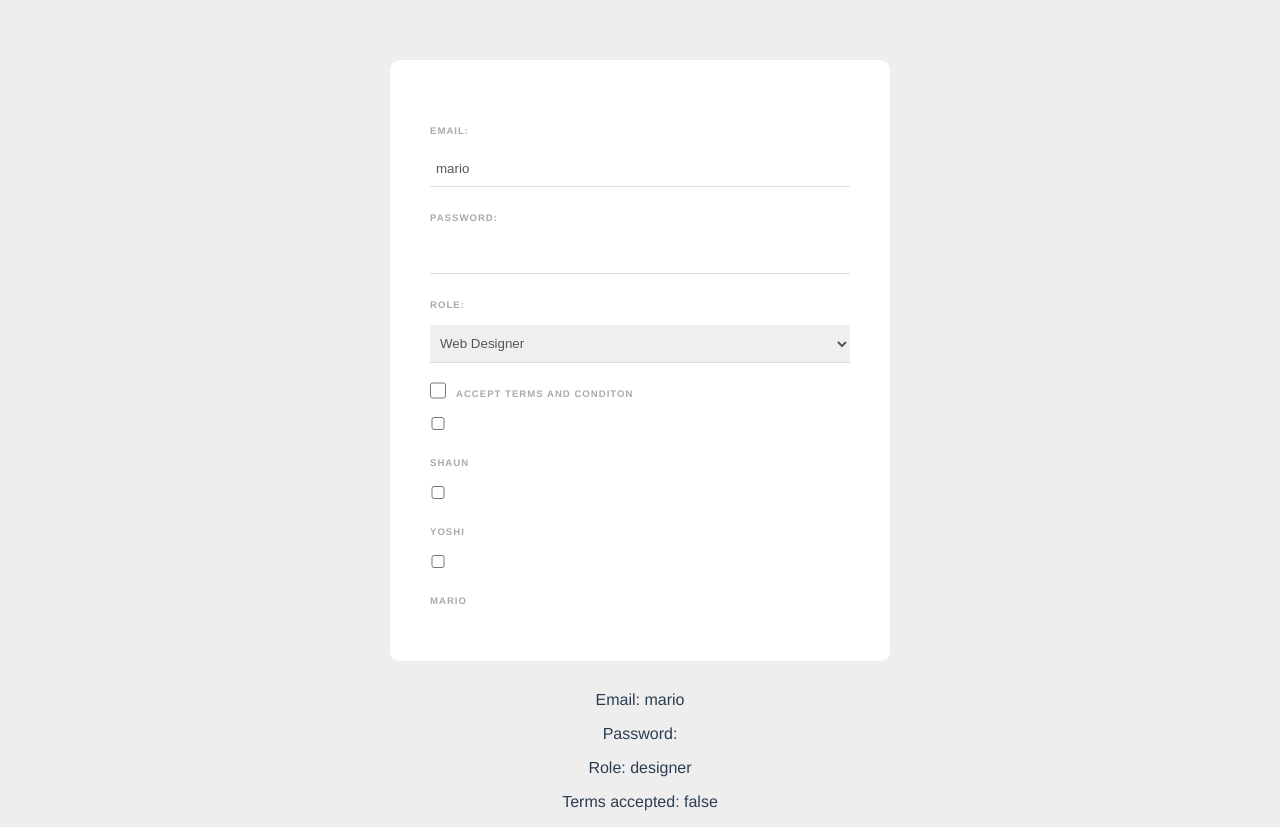
Repository: pin-seavmuy/Vue-Js
Page: /
An editor plug-in stored every save of this project. The page is shown before and after the next save, followed by the edit.
The browser window is 1280 px wide. The pictures show the whole page.
The project was rebuilt for these pictures with package versions that can differ from the ones it lists, and the page was loaded fresh each time. Also part of the build but not shown: vue.config.js.

Above is the page before, as saved 2023-11-16 23:12:35.

### src/App.vue
<template>
  <SignupForm/>
</template>

<script>
import SignupForm from './components/SignupForm.vue'

export default {
  name: 'App',
  components: {
    SignupForm
  }
}
</script>

<style>
#app {
  font-family: Avenir, Helvetica, Arial, sans-serif;
  -webkit-font-smoothing: antialiased;
  -moz-osx-font-smoothing: grayscale;
  text-align: center;
  color: #2c3e50;
  margin-top: 60px;
}
body{
  margin: 0;
  background: #eee;

}
</style>

### src/components/SignupForm.vue
<template>
  <form>
    <label>Email:</label>
    <input type="email" required v-model="email">

    <label>Password:</label>
    <input type="password" required v-model="password">

        <label>Role:</label>
        <select v-model="role">
            <option value="developer">Web Developer</option>
            <option value="designer">Web Designer</option>
        </select>

        <div class="terms">
            <input type="checkbox" required v-model="terms">
            <label>Accept terms and conditon</label>
        </div>

        <div>
            <input type="checkbox" value="shaun" v-model="names">
            <label>Shaun</label>
        </div>
        <div>
            <input type="checkbox" value="yoshi" v-model="names">
            <label>Yoshi</label>
        </div>
        <div>
            <input type="checkbox" value="mario" v-model="names">
            <label>Mario</label>
        </div>
  </form>

  <p>Email: {{ email }}</p>
  <p>Password: {{ password }}</p>
  <p>Role: {{ role}}</p>
  <p>Terms accepted: {{terms}}</p>
  <!-- <p>Names: {{names}}</p> -->
</template>

<script>
export default {
    data(){
        return{
            email: 'mario',
            password: '',
            role: 'designer',
            terms: false,
            // names: []
        }
    },
    components: []
}
</script>

<style>
    form{
        max-width: 420px;
        margin: 30px auto;
        background: #fff;
        text-align: left;
        padding: 40px;
        border-radius: 10px;
    }
    label{
        color: #aaa;
        display: flex;
        margin: 25px 0 15px;
        font-size: 0.6em;
        text-transform: uppercase;
        letter-spacing: 1px;
        font-weight: bold;
    }
    input, select{
        display: block;
        padding: 10px 6px;
        width: 100%;
        box-sizing: border-box;
        border: none;
        border-bottom: 1px solid #ddd;
        color: #555;
    }
    input[type="checkbox"]{
        display: inline-block;
        width: 16px;
        margin: 0 10px 0 0;
        position: relative;
        top: 2px;
    }
    .terms{
        display: flex
    }
</style>

Loaded but not shown: public/index.html (common file); src/main.js (common file)

After the next save:
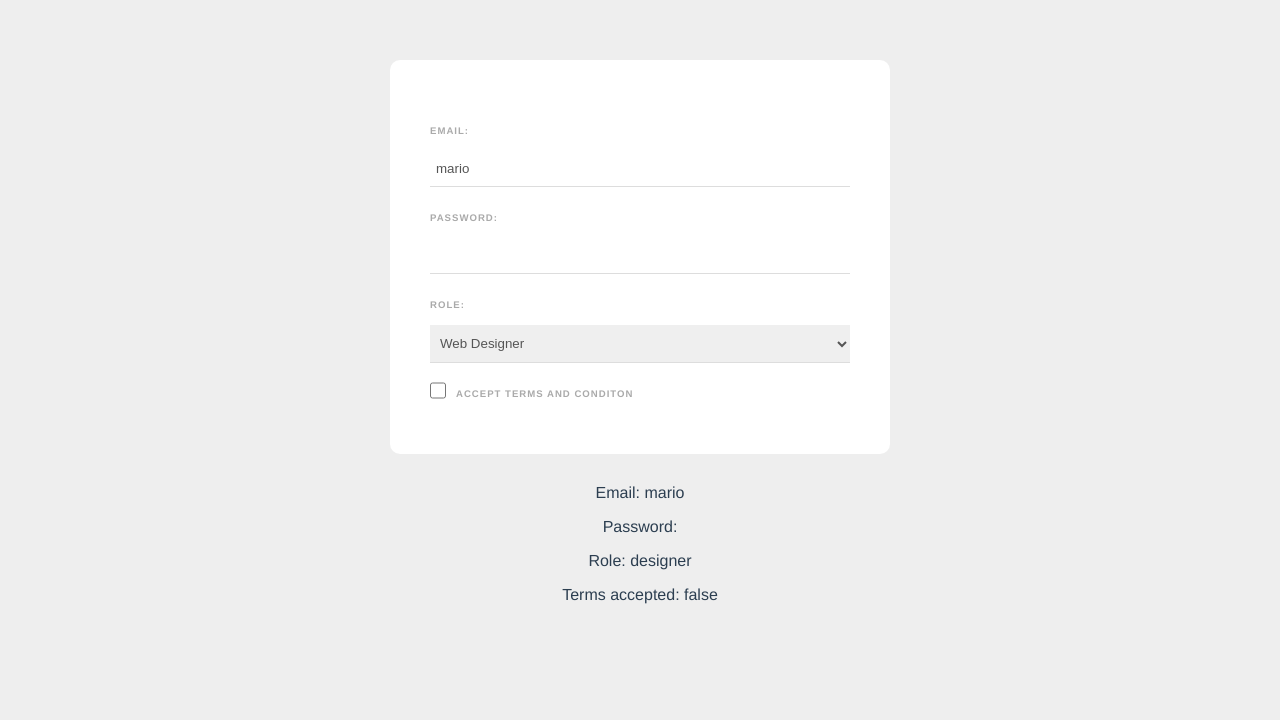
Saved 15 s later.
--- a/src/components/SignupForm.vue
+++ b/src/components/SignupForm.vue
@@ -17,7 +17,7 @@
             <label>Accept terms and conditon</label>
         </div>
 
-        <div>
+        <!-- <div>
             <input type="checkbox" value="shaun" v-model="names">
             <label>Shaun</label>
         </div>
@@ -28,7 +28,7 @@
         <div>
             <input type="checkbox" value="mario" v-model="names">
             <label>Mario</label>
-        </div>
+        </div> -->
   </form>
 
   <p>Email: {{ email }}</p>
